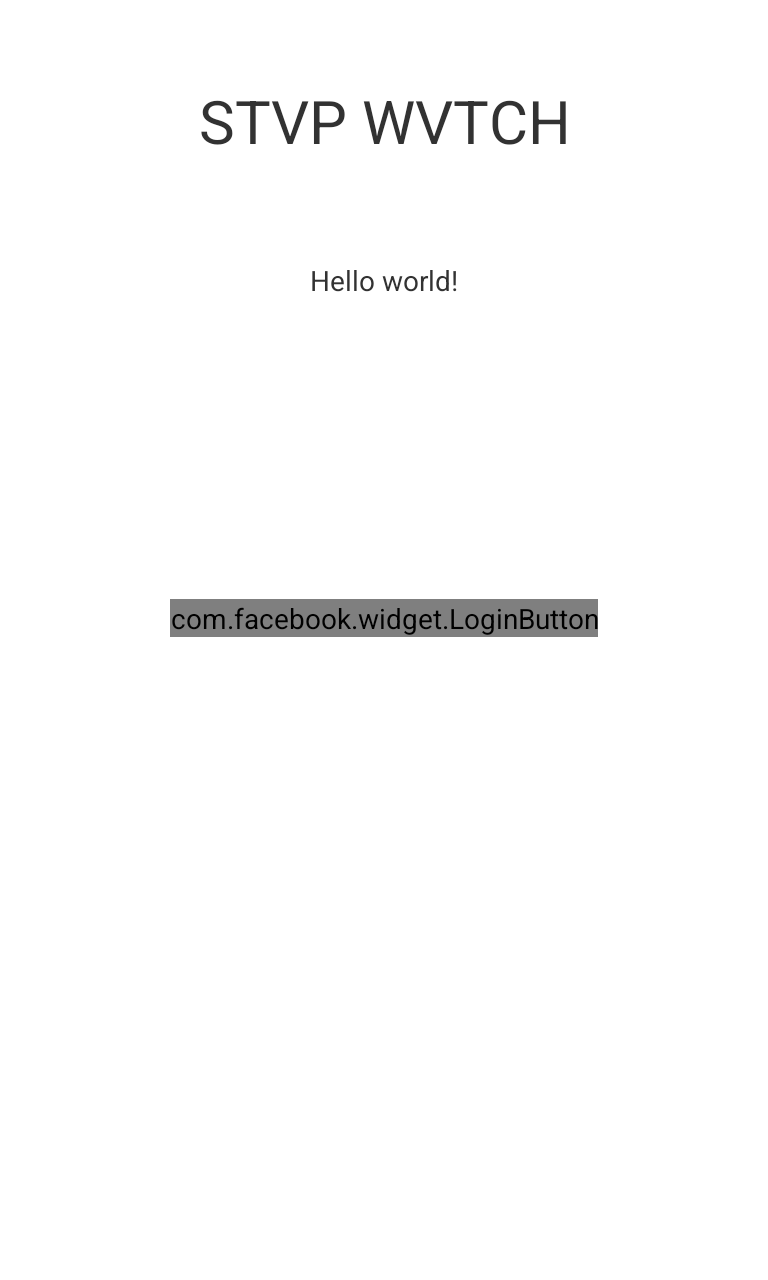
Repository: albertowusuasare/CustomStopWatch
Layout: CustomStopWatch/res/layout/activity_main.xml
The author's editor kept a copy of each file at every save. The layout is drawn from the files as they stood at one save, then again after the next save.
Pictures or frames that could not be fetched are drawn as grey boxes. It is drawn on a 768 x 1280 px phone screen (xhdpi) without system bars, with theme AppTheme; the app's code is not run.

Above is the layout before, as saved 2014-09-19 23:42:38.

### CustomStopWatch/res/layout/activity_main.xml
<LinearLayout xmlns:android="http://schemas.android.com/apk/res/android"
    xmlns:tools="http://schemas.android.com/tools"
    android:layout_width="match_parent"
    android:layout_height="match_parent"
    android:orientation="vertical"
    tools:context="com.example.customstopwatch.MainActivity" >

    <TextView
        android:id="@+id/StartUpText"
        android:layout_width="wrap_content"
        android:layout_height="wrap_content"
         android:layout_marginTop="40dp"
         android:gravity="center"
         android:layout_gravity="center"
        android:text="@string/AppName"
        android:textSize="30sp" />

    <TextView
        android:id="@+id/welcome"
        android:layout_width="wrap_content"
        android:layout_height="wrap_content"
        android:layout_marginTop="50dp"
        android:layout_gravity="center"
        android:text="@string/hello_world" />

    <com.facebook.widget.LoginButton
        android:id="@+id/authButton"
        android:layout_width="wrap_content"
        android:layout_height="wrap_content"
        android:layout_gravity="center_horizontal"
        android:layout_marginTop="150dp"
        />

</LinearLayout>

### CustomStopWatch/res/values/strings.xml
<?xml version="1.0" encoding="utf-8"?>
<resources>

    <string name="app_name">CustomStopWatch</string>
    <string name="hello_world">Hello world!</string>
    <string name="action_settings">Settings</string>
    <string name="app_id">520107024800743</string>
    <string name="AppName">STVP WVTCH</string>

</resources>

Loaded but not shown: CustomStopWatch/res/values/styles.xml (common file); CustomStopWatch/res/values-v11/styles.xml (common file); CustomStopWatch/res/values-v14/styles.xml (common file)

After the next save:
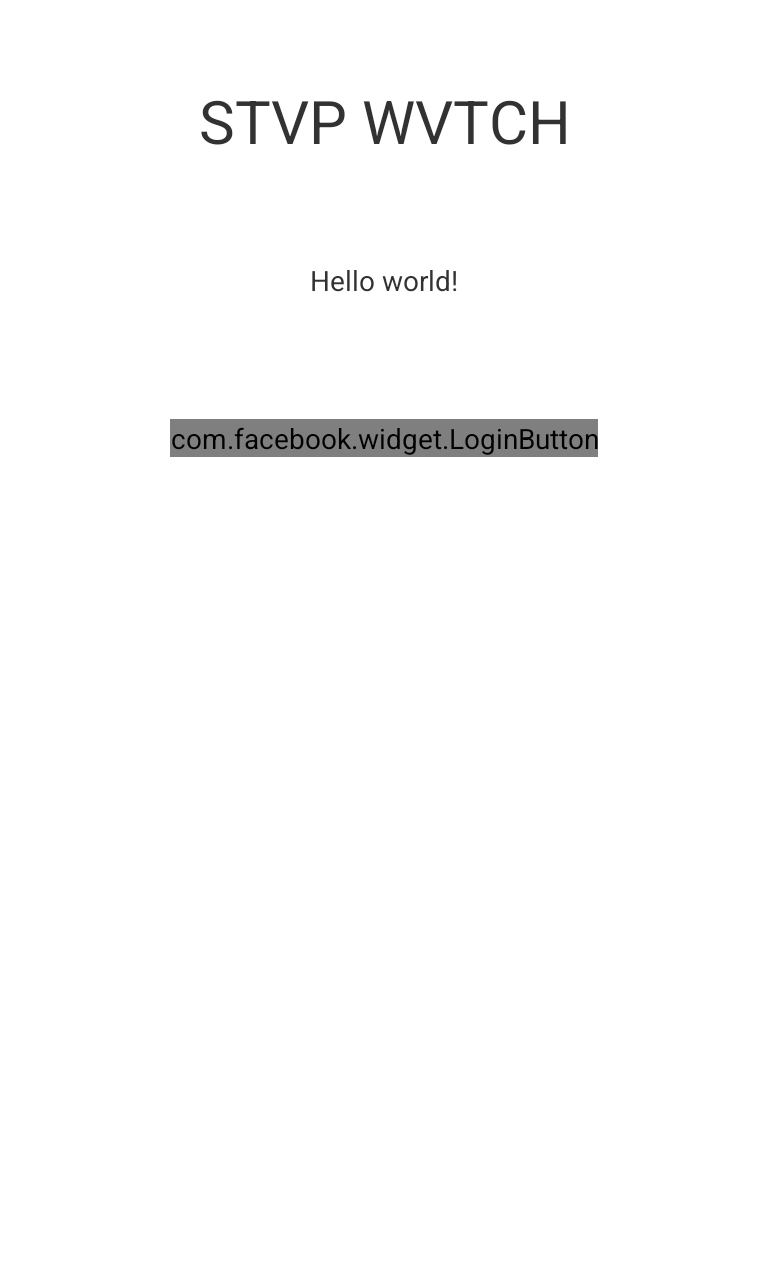
Saved 16 s later.
--- a/CustomStopWatch/res/layout/activity_main.xml
+++ b/CustomStopWatch/res/layout/activity_main.xml
@@ -28,7 +28,7 @@
         android:layout_width="wrap_content"
         android:layout_height="wrap_content"
         android:layout_gravity="center_horizontal"
-        android:layout_marginTop="150dp"
+        android:layout_marginTop="60dp"
         />
 
 </LinearLayout>
